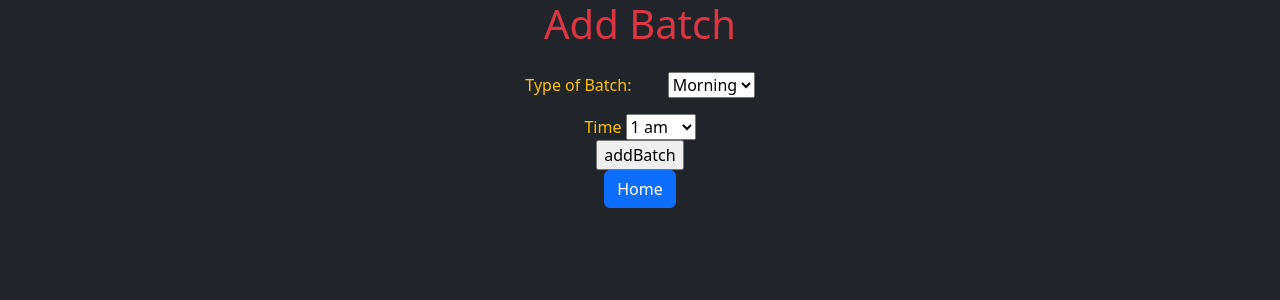
Repository: Jannis-Buschhaus/simplilearn-assessment-phase2
Page: http://localhost/FunfitWebapp/addBatch.jsp
An editor plug-in stored every save of this project. The page is shown before and after the next save, followed by the edit.
The browser window is 1280 px wide. The pictures show the whole page.
The page is served by Tomcat 9.

Above is the page before, as saved 2024-05-30 14:28:35.

After the next save:
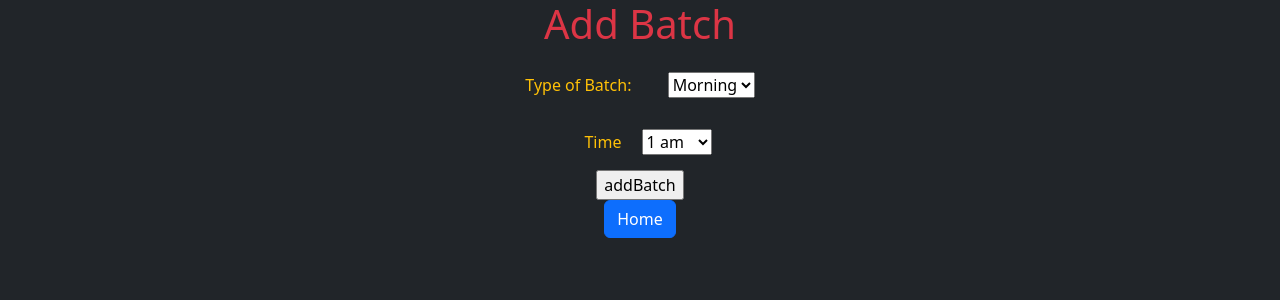
Saved 18 s later.
--- a/FunfitWebapp/src/main/webapp/addBatch.jsp
+++ b/FunfitWebapp/src/main/webapp/addBatch.jsp
@@ -16,7 +16,7 @@
 			<option value="morning">Morning</option>
 			<option value="evening">Evening</option>
 		</select><br/>
-		<label class="text-warning" for="time">Time</label>
+		<label class="text-warning m-3" for="time">Time</label>
 		<select name="time">
 			<% for(int i=1; i<=12; i++){ %>
 				<option value="<%=i%>am"><%=i%> am</option>
